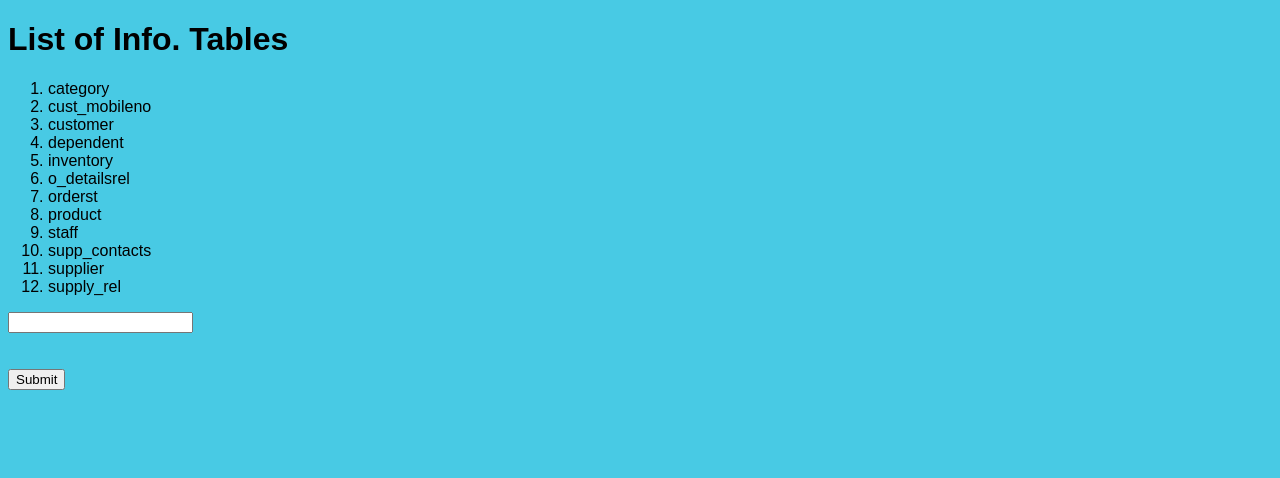
Repository: cyrusdwivedi2002/inventory-management-system
Page: DemoApp/src/main/webapp/view.html
The author's editor kept a copy of each file at every save. The page is drawn from the files as they stood at one save, then again after the next save.
The browser window is 1280 px wide. The pictures show the whole page.
Some web fonts or font styles are not loaded; a fallback is used.

Above is the page before, as saved 2022-06-24 18:56:46.

### DemoApp/src/main/webapp/view.html
<!DOCTYPE html>
<html>
<head>
<meta charset="ISO-8859-1">
<link rel="preconnect" href="https://fonts.googleapis.com">
<link rel="preconnect" href="https://fonts.gstatic.com" crossorigin>
<link href="https://fonts.googleapis.com/css2?family=Anek+Latin:wght@500&family=Smooch&display=swap" rel="stylesheet">
<style>

body {
background-color: #48cae4;
font-family: 'Anek Latin', sans-serif;
}

</style>
<title>Insert title here</title>
</head>
<body>
<form action = "./ViewTable" method = "post">
	 <h1>List of Info. Tables</h1>
	 <ol>
  <li>category</li>
  <li>cust_mobileno</li>
  <li>customer</li>
  <li>dependent</li>
  <li>inventory</li>
  <li>o_detailsrel</li>
  <li>orderst</li>
  <li>product</li>
  <li>staff</li>
  <li>supp_contacts</li>
  <li>supplier</li>
  <li>supply_rel</li>

	</ol>
	 <input type="text" name="table_name"/>
	 <br/><br/><br/>
	  <input type="submit"/>

</form>


</body>
</html>

After the next save:
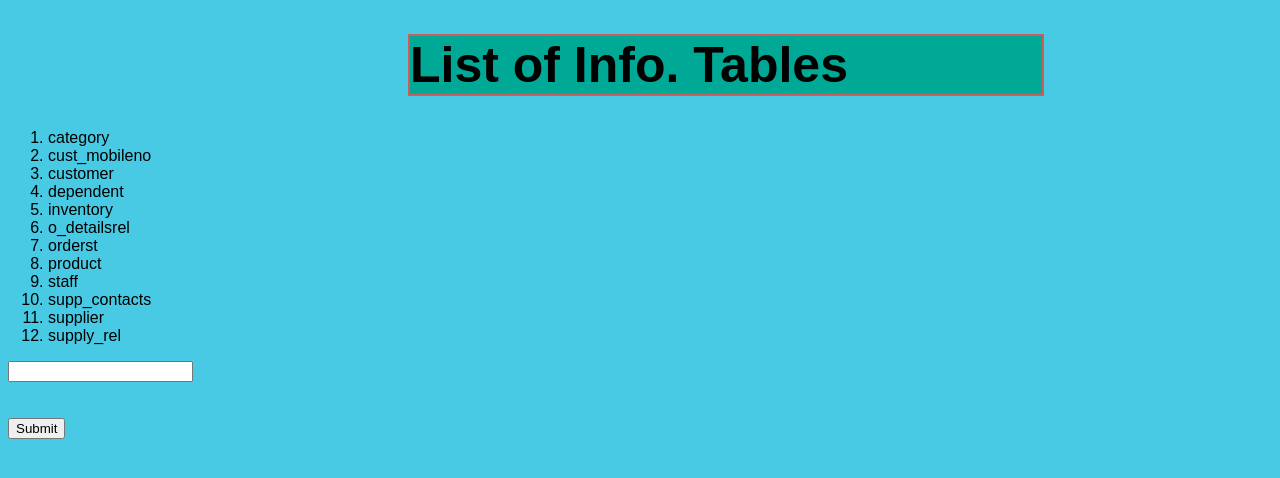
Saved 20 s later.
--- a/DemoApp/src/main/webapp/view.html
+++ b/DemoApp/src/main/webapp/view.html
@@ -10,6 +10,15 @@
 body {
 background-color: #48cae4;
 font-family: 'Anek Latin', sans-serif;
+}
+
+h1{
+color: black;
+background-color:#00a896;
+width: 50%;
+margin-left:8em;
+border: 2px solid indianred;
+font-size:50px;
 }
 
 </style>
